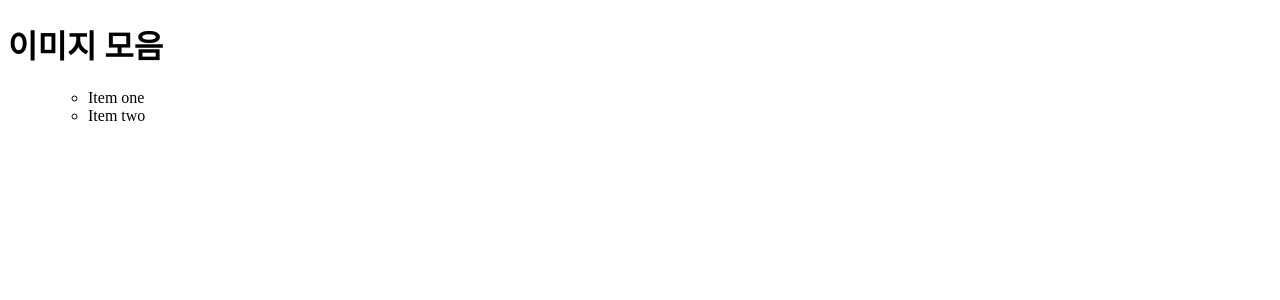
Repository: zzzzzzin/Client
Page: ClientTest/src/main/webapp/문제/Q08.html
An editor plug-in stored every save of this project. The page is shown before and after the next save, followed by the edit.
The browser window is 1280 px wide. The pictures show the whole page.

Above is the page before, as saved 2024-03-13 07:31:27.

### ClientTest/src/main/webapp/문제/Q08.html
<!DOCTYPE html>
<html>
<head>
<meta charset="EUC-KR">
<title>Insert title here</title>
</head>
<body>
	<h1>이미지 모음</h1>

	<ol>
		<ul>
			<li>Item one</li>
			<li>Item two</li>
		</ul>

	</ol>


</body>
</html>

After the next save:
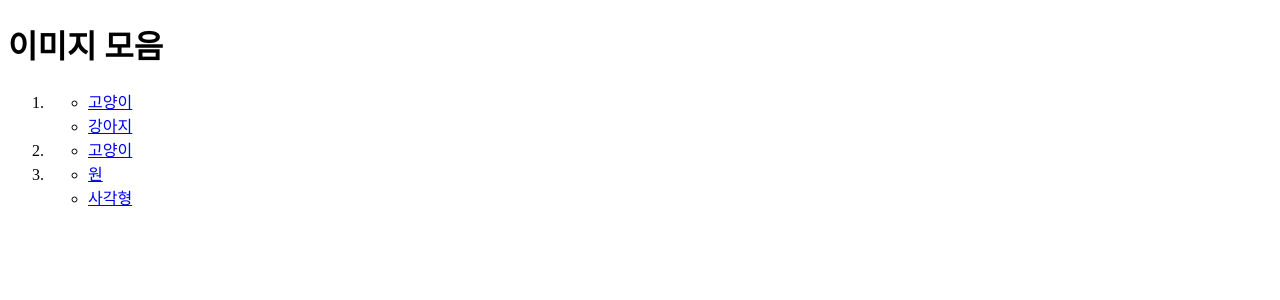
Saved 2 min 56 s later.
--- a/ClientTest/src/main/webapp/문제/Q08.html
+++ b/ClientTest/src/main/webapp/문제/Q08.html
@@ -8,10 +8,25 @@
 	<h1>이미지 모음</h1>
 
 	<ol>
-		<ul>
-			<li>Item one</li>
-			<li>Item two</li>
-		</ul>
+		<li>
+			<ul>
+				<li><a href="a1">고양이</a></li>
+				<li><a href="a2">강아지</a></li>
+			</ul>
+		</li>
+
+		<li>
+			<ul>
+				<li><a href="a3">고양이</a></li>
+			</ul>
+		</li>
+
+		<li>
+			<ul>
+				<li><a href="a5">원</a></li>
+				<li><a href="a4">사각형</a></li>
+			</ul>
+		</li>
 
 	</ol>
 
